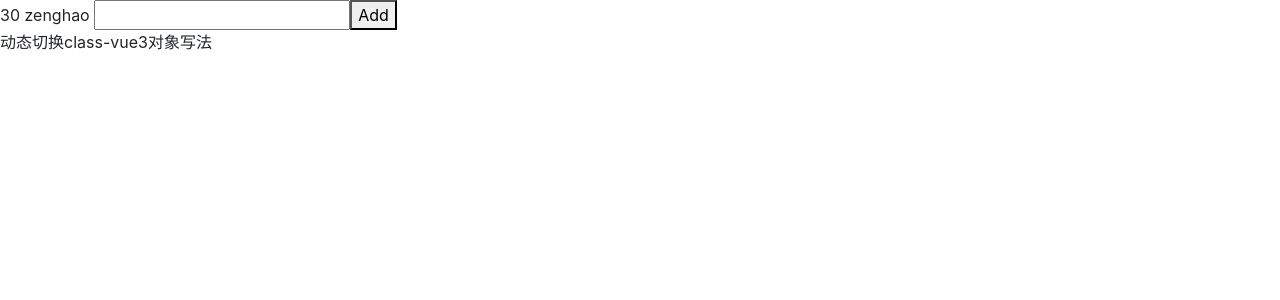
Repository: zenghao518518/Vue
Page: 6-表单控件绑定/02-表单绑定-购物车.html
An editor plug-in stored every save of this project. The page is shown before and after the next save, followed by the edit.
The browser window is 1280 px wide. The pictures show the whole page.

Above is the page before, as saved 2023-08-16 16:17:10.

### 6-表单控件绑定/02-表单绑定-购物车.html
<!DOCTYPE html>
<html lang="en">
  <head>
    <meta charset="UTF-8" />
    <meta http-equiv="X-UA-Compatible" content="IE=edge" />
    <meta name="viewport" content="width=device-width, initial-scale=1.0" />
    <title>Document</title>
    <link rel="stylesheet" href="..\Css\bootstrap.css" />
    <script src="..\Scrip\jquery-3.5.1.min.js"></script>
    <script src="..\Scrip\bootstrap.min.js"></script>
    <script src="../Scrip/Vue.next.js"></script>
  </head>
  <body>
    <div id="box">
      {{10+20}} {{myname}}
      <input type="text" v-model="mytext" />
      <button @click="handleAdd">Add</button>
      <div :class="classobj">动态切换class-vue3对象写法</div>
    </div>

    <script>
      var obj = {
        data() {
          return {
            myname: "zenghao",
            mytext: "",
            classobj: {
              aa: true,
              bb: true,
              cc: false,
            },
            datalist: [
              {
                name: "商品1",
                price: 10,
                number: 1,
                id: 1,
                limit: 5,
                pic: "https://static.maizuo.com/pc/v5/usr/movie/44dc08914d508fc47c8267c6ca73f2d8.jpg",
              },
              {
                name: "商品2",
                price: 20,
                number: 2,
                id: 2,
                limit: 10,
                pic: "https://static.maizuo.com/pc/v5/usr/movie/44dc08914d508fc47c8267c6ca73f2d8.jpg",
              },
              {
                name: "商品3",
                price: 30,
                number: 3,
                id: 3,
                limit: 15,
                pic: "https://static.maizuo.com/pc/v5/usr/movie/44dc08914d508fc47c8267c6ca73f2d8.jpg",
              },
              {
                name: "商品4",
                price: 10,
                number: 100,
                id: 4,
                limit: 5,
                pic: "https://static.maizuo.com/pc/v5/usr/movie/44dc08914d508fc47c8267c6ca73f2d8.jpg",
              },
              {
                name: "商品5",
                price: 10,
                number: 200,
                id: 5,
                limit: 5,
                pic: "https://static.maizuo.com/pc/v5/usr/movie/44dc08914d508fc47c8267c6ca73f2d8.jpg",
              },
            ],
          };
        },
        methods: {
          handleAdd() {
            console.log("add", this.mytext);
            this.classobj.dd = true; //后期动态增加属性
          },
        },
      };

      Vue.createApp(obj).mount("#box");
    </script>
  </body>
</html>

Loaded but not shown: Css/bootstrap.css (library); Scrip/jquery-3.5.1.min.js (library); Scrip/bootstrap.min.js (library); Scrip/Vue.next.js (library)

After the next save:
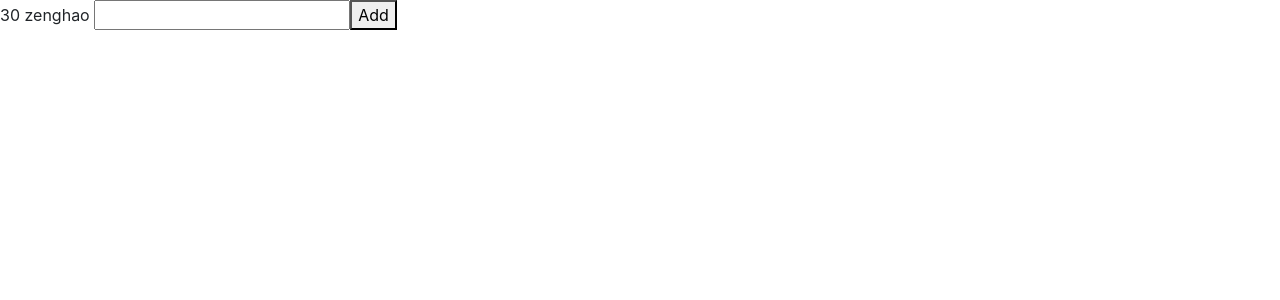
Saved 72 s later.
--- a/6-表单控件绑定/02-表单绑定-购物车.html
+++ b/6-表单控件绑定/02-表单绑定-购物车.html
@@ -15,7 +15,7 @@
       {{10+20}} {{myname}}
       <input type="text" v-model="mytext" />
       <button @click="handleAdd">Add</button>
-      <div :class="classobj">动态切换class-vue3对象写法</div>
+
     </div>
 
     <script>
@@ -74,10 +74,7 @@
           };
         },
         methods: {
-          handleAdd() {
-            console.log("add", this.mytext);
-            this.classobj.dd = true; //后期动态增加属性
-          },
+
         },
       };
 
